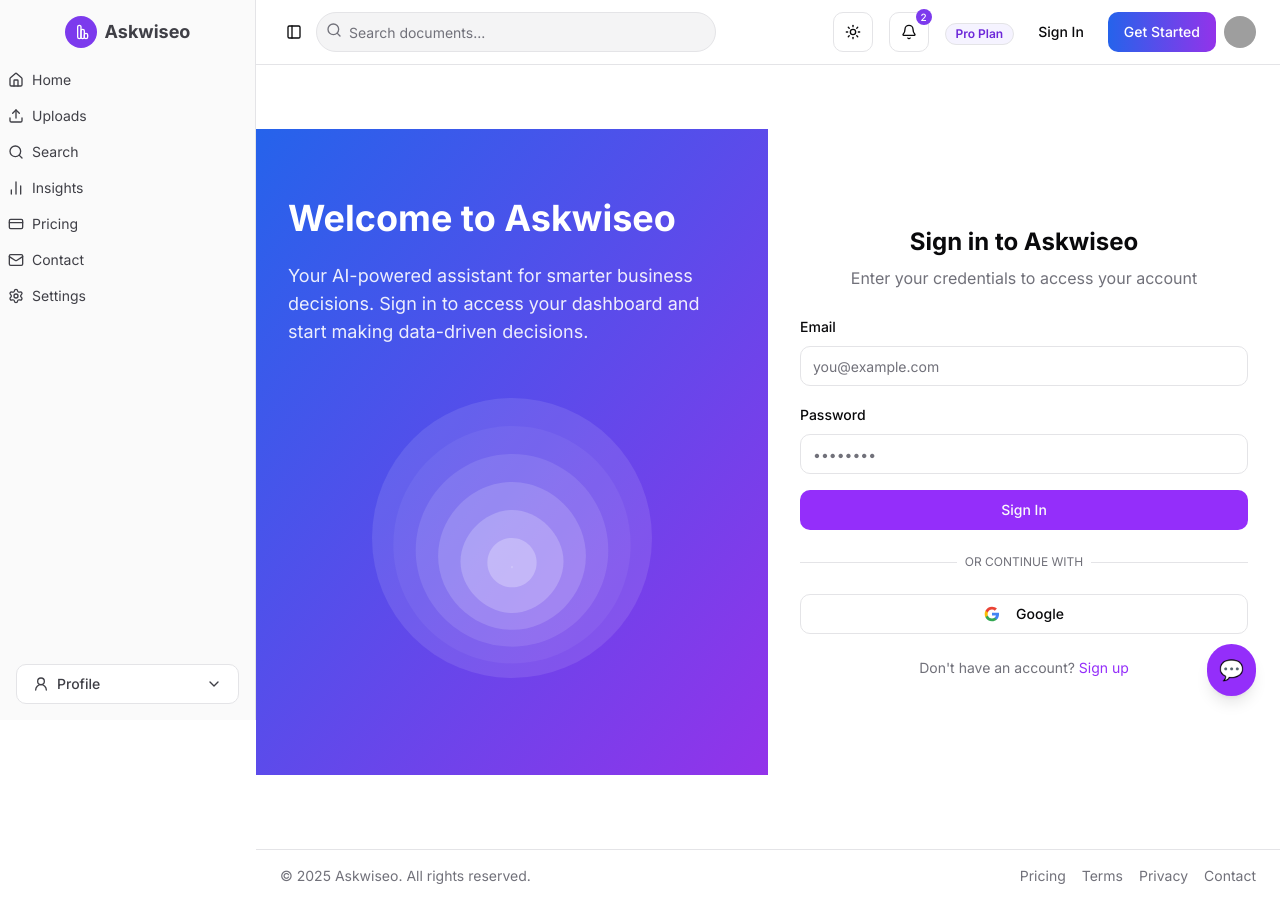
Repository: Arunkumar158/Askwiseo
Page: /auth/signin
These files come from the project's save history. The page is drawn as it stood at one moment and after the next save; the edit follows.
The browser window is 1280 px wide. The pictures show the whole page.
Pictures or frames that could not be fetched are drawn as grey boxes. The page's requests for data from a server got no answer. The project was rebuilt for these pictures with package versions that can differ from the ones it lists, and the page was loaded fresh each time. The framework's server and built-in components were replaced by stand-ins that run in the browser. No one was signed in, and anything a server would have sent is missing. Also part of the build but not shown: next.config.mjs, components/ui/separator.tsx, components/ui/sheet.tsx, components/ui/skeleton.tsx, components/ui/checkbox.tsx.

Above is the page before, as saved 2025-04-29 17:13:00.

After the next save:
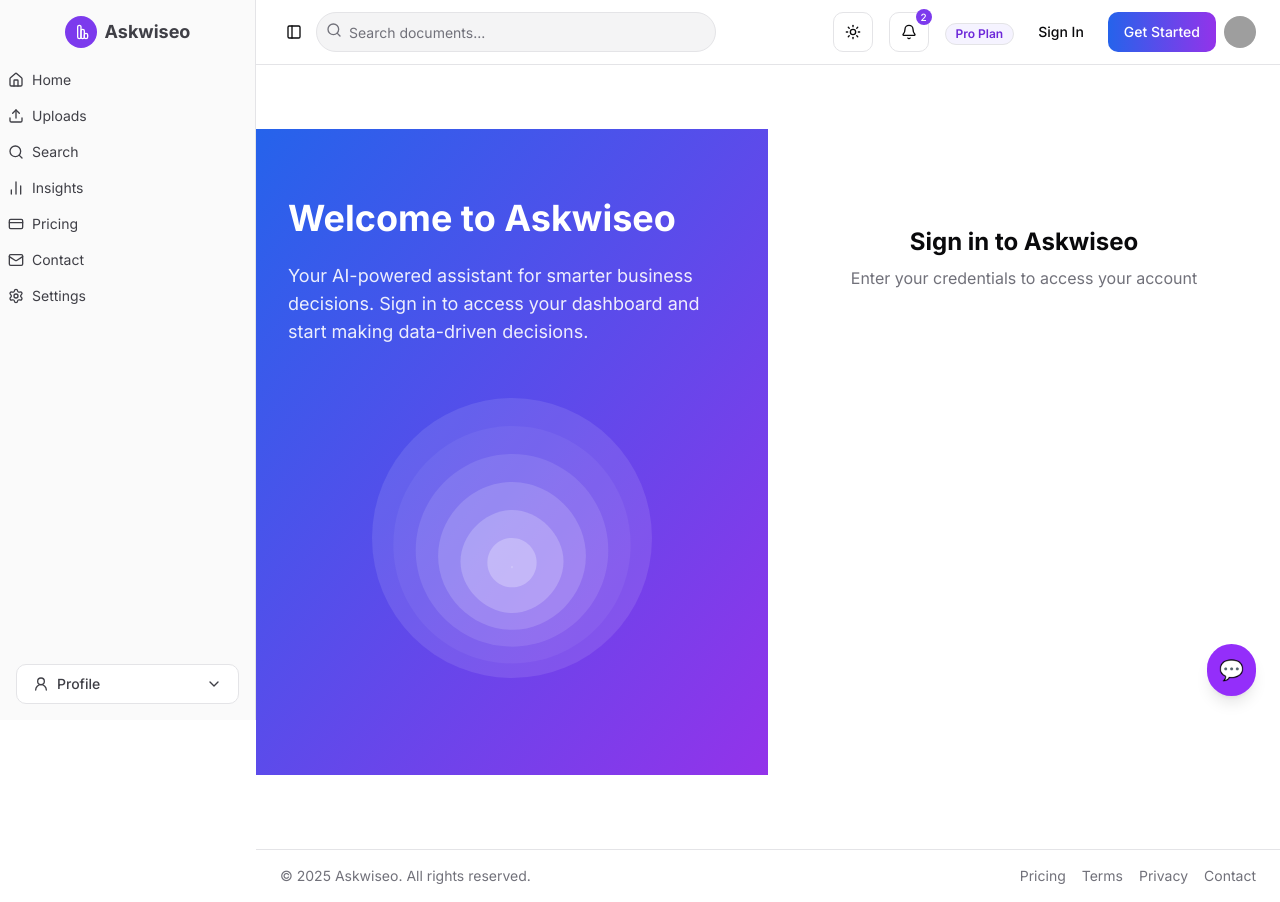
Saved 80 s later.
--- a/components/auth/AuthForm.tsx
+++ b/components/auth/AuthForm.tsx
@@ -14,7 +14,7 @@
   signInWithPopup,
 } from 'firebase/auth';
 import { useRouter } from 'next/navigation';
-import { motion } from 'framer-motion';
+import { m as motion } from 'framer-motion';
 
 const signUpSchema = z.object({
   fullName: z.string().min(2, 'Name must be at least 2 characters'),

After the 4 saves that followed:
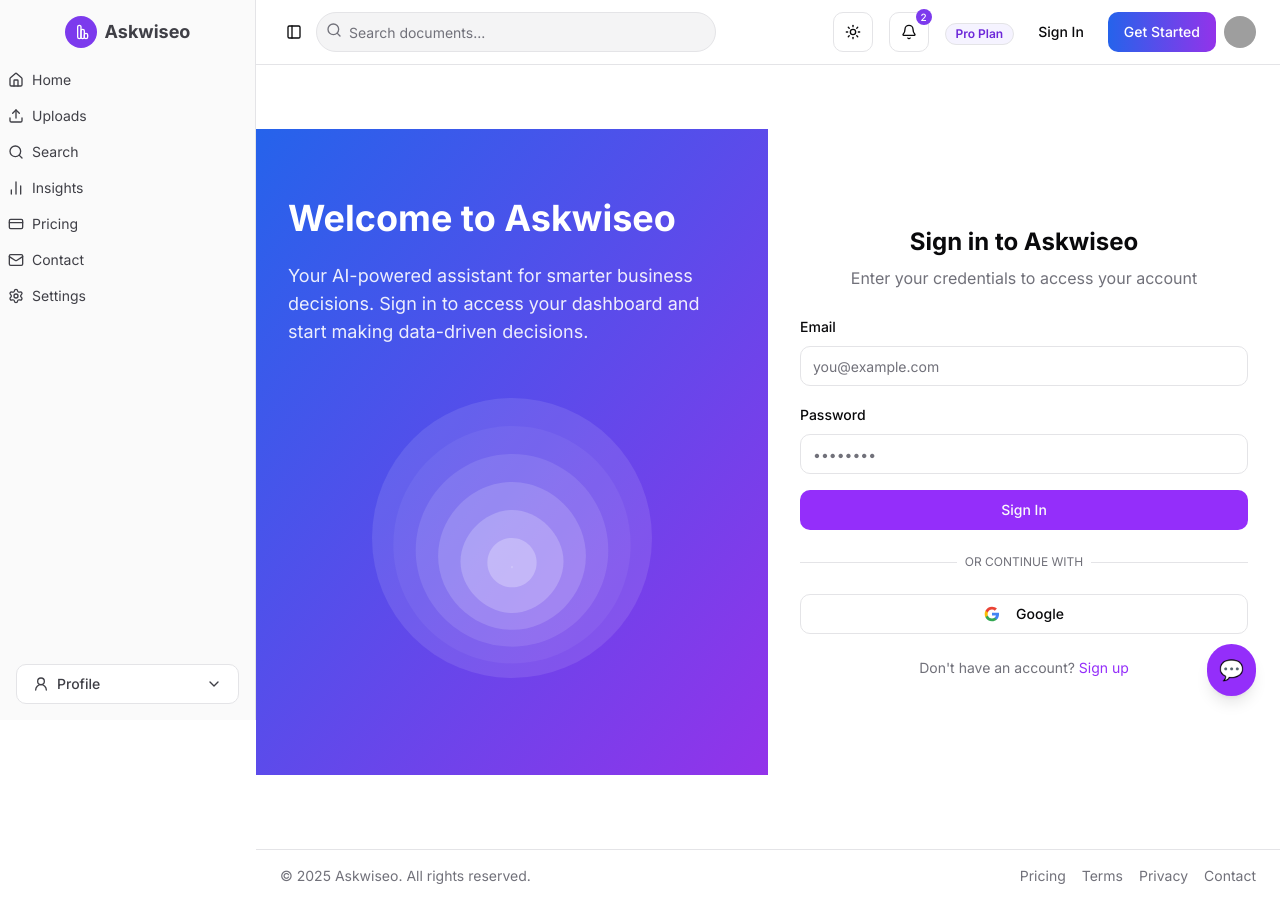
The 4 saves are shown as one change because 2 left the picture as it was and some came seconds apart.
The last was saved 8 min 7 s later.
--- a/components/auth/AuthForm.tsx
+++ b/components/auth/AuthForm.tsx
@@ -14,7 +14,7 @@
   signInWithPopup,
 } from 'firebase/auth';
 import { useRouter } from 'next/navigation';
-import { m as motion } from 'framer-motion';
+import { AnimatedWrapper } from './AnimatedWrapper';
 
 const signUpSchema = z.object({
   fullName: z.string().min(2, 'Name must be at least 2 characters'),
@@ -83,12 +83,7 @@
   };
 
   return (
-    <motion.div
-      initial={{ opacity: 0, y: 20 }}
-      animate={{ opacity: 1, y: 0 }}
-      transition={{ duration: 0.5 }}
-      className="w-full max-w-md space-y-6"
-    >
+    <AnimatedWrapper>
       <form onSubmit={handleSubmit(onSubmit)} className="space-y-4">
         {mode === 'signup' && (
           <div className="space-y-2">
@@ -240,6 +235,6 @@
           </>
         )}
       </p>
-    </motion.div>
+    </AnimatedWrapper>
   );
 }
--- /dev/null
+++ b/components/auth/AnimatedWrapper.tsx
@@ -0,0 +1,23 @@
+"use client";
+
+import { ReactNode } from "react";
+import { domAnimation, LazyMotion, m } from "framer-motion";
+
+interface AnimatedWrapperProps {
+  children: ReactNode;
+}
+
+export function AnimatedWrapper({ children }: AnimatedWrapperProps) {
+  return (
+    <LazyMotion features={domAnimation}>
+      <m.div
+        initial={{ opacity: 0, y: 20 }}
+        animate={{ opacity: 1, y: 0 }}
+        transition={{ duration: 0.5 }}
+        className="w-full max-w-md space-y-6"
+      >
+        {children}
+      </m.div>
+    </LazyMotion>
+  );
+}
